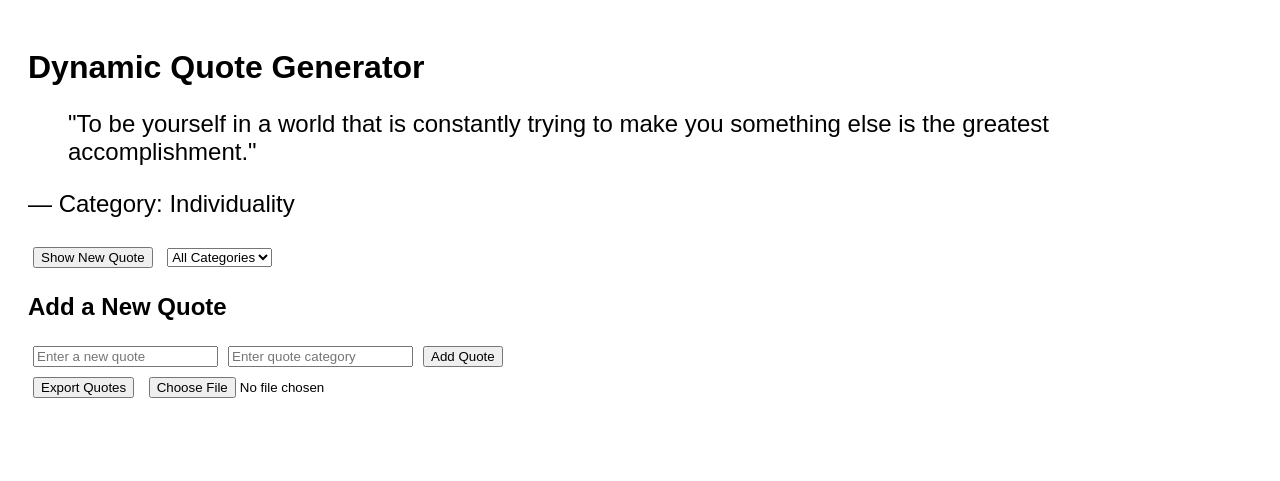
Repository: Patience225/alx_fe_javascript
Page: dom-manipulation/index.html
An editor plug-in stored every save of this project. The page is shown before and after the next save, followed by the edit.
The browser window is 1280 px wide. The pictures show the whole page.

Above is the page before, as saved 2025-02-02 07:12:35.

After the next save:
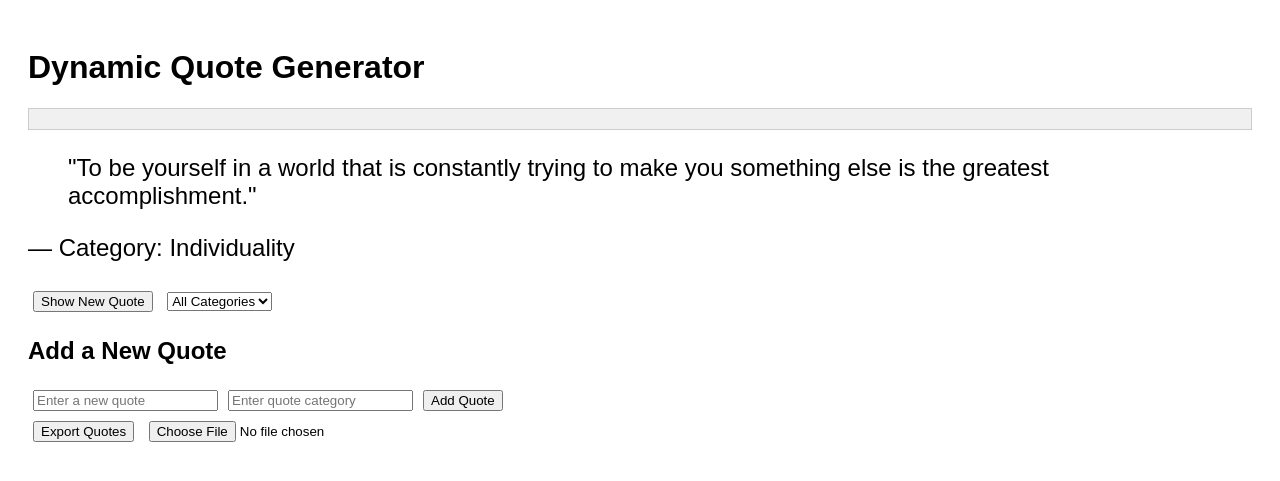
Saved 31 s later.
--- a/dom-manipulation/index.html
+++ b/dom-manipulation/index.html
@@ -8,10 +8,14 @@
     body { font-family: Arial, sans-serif; padding: 20px; }
     #quoteDisplay { margin-bottom: 20px; font-size: 1.5em; }
     input, select, button { margin: 5px; }
+    #notification { padding: 10px; margin: 10px 0; background: #f0f0f0; border: 1px solid #ccc; }
   </style>
 </head>
 <body>
   <h1>Dynamic Quote Generator</h1>
+
+  <!-- Notification area -->
+  <div id="notification"></div>
 
   <!-- Quote display section -->
   <div id="quoteDisplay">Your quote will appear here.</div>
